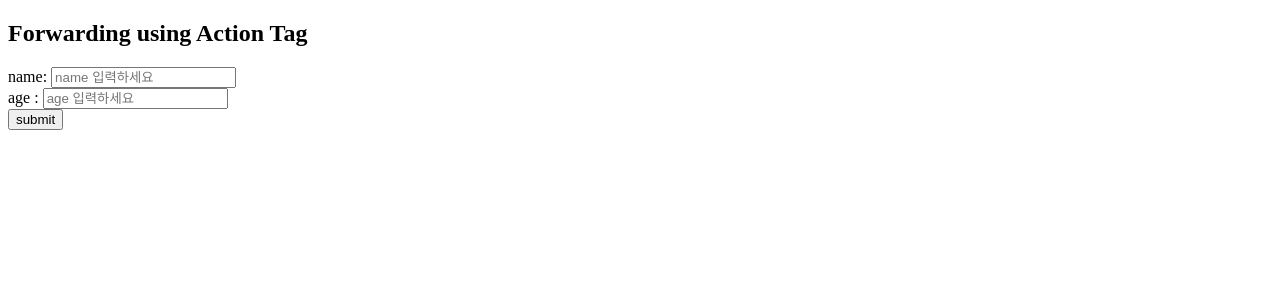
Repository: Jadedvst/Java_JSP-Servlet
Page: http://localhost/MustHaveJSP/07ActionTag/UseBeanForm.jsp
An editor plug-in stored every save of this project. The page is shown before and after the next save, followed by the edit.
The browser window is 1280 px wide. The pictures show the whole page.
The page is served by Tomcat 10. Other server files are loaded and not shown.

Above is the page before, as saved 2023-12-15 05:50:22.

### MustHaveJSP/src/main/webapp/07ActionTag/UseBeanForm.jsp
<%@ page language="java" contentType="text/html; charset=UTF-8"
    pageEncoding="UTF-8"%>
<!DOCTYPE html>
<html>
<head>
<meta charset="UTF-8">
<title>Action Tag - UseBean</title>
</head>
<body>
	<h2>Forwarding using Action Tag</h2>
	<form action="UseBeanAction.jsp" method="post"> <!-- false일시 출력 안됨 -->
		name: <input type="text" name="name" placeholder="name 입력하세요"><br/>
		age : <input type="text" name="age" placeholder="age 입력하세요"><br/>
		<input type="submit" id="bt"value="submit"><br/>
	</form>
</body>
</html>

After the next save:
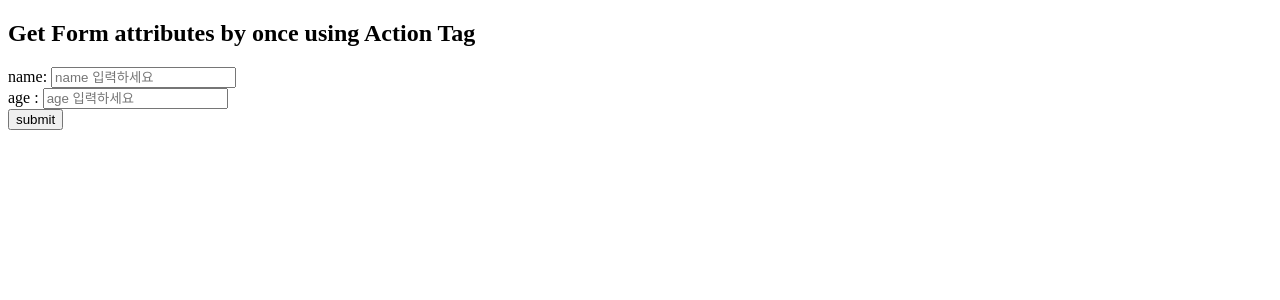
Saved 3 s later.
--- a/MustHaveJSP/src/main/webapp/07ActionTag/UseBeanForm.jsp
+++ b/MustHaveJSP/src/main/webapp/07ActionTag/UseBeanForm.jsp
@@ -7,7 +7,7 @@
 <title>Action Tag - UseBean</title>
 </head>
 <body>
-	<h2>Forwarding using Action Tag</h2>
+	<h2> Get Form attributes by once using Action Tag</h2>
 	<form action="UseBeanAction.jsp" method="post"> <!-- false일시 출력 안됨 -->
 		name: <input type="text" name="name" placeholder="name 입력하세요"><br/>
 		age : <input type="text" name="age" placeholder="age 입력하세요"><br/>
